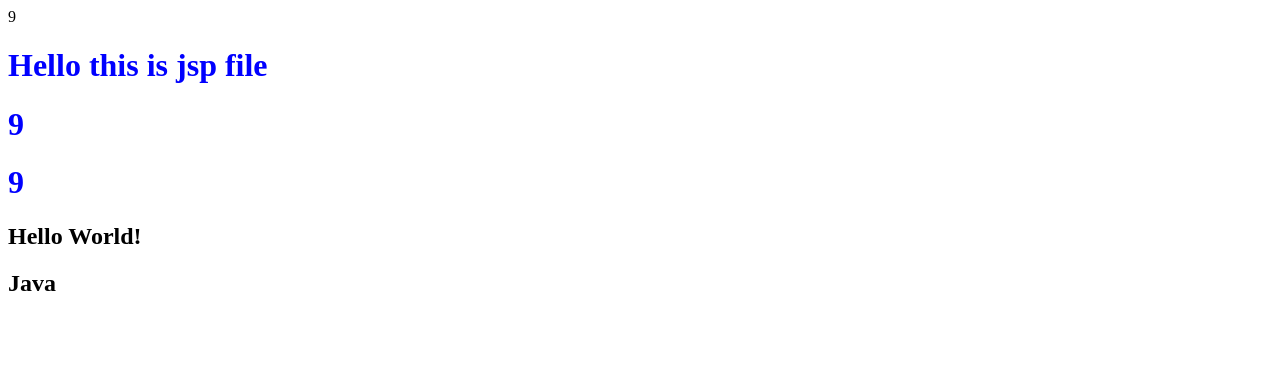
Repository: Suknaina/Repo
Page: http://localhost/jsp_demo/Sample.jsp
These files come from the project's save history. The page is drawn as it stood at one moment and after the next save; the edit follows.
The browser window is 1280 px wide. The pictures show the whole page.
The page is served by Tomcat 9.

Above is the page before, as saved 2023-05-20 04:48:04.

### jsp_demo/src/main/webapp/Sample.jsp
<%@page import="java.util.Arrays" %>
<%@page import="java.util.Collection" %>
<%@page import="java.util.ArrayList" %>
<%@page import="java.util.List" %>
<%@ page language="java" contentType="text/html; charset=ISO-8859-1"
    pageEncoding="ISO-8859-1"%>
<!DOCTYPE html PUBLIC "-//W3C//DTD HTML 4.01 Transitional//EN" "http://www.w3.org/TR/html4/loose.dtd">
<html>
<head>
<meta http-equiv="Content-Type" content="text/html; charset=ISO-8859-1">
<title>Insert title here</title>
<style type="text/css">
h1{
color: blue;
}
</style>
</head>
<body>
<h1>Hello this is jsp file</h1>

<%-- This is java code --%>

<% System.out.println("Hello this is java code"); %>

<%!int a=5; %><%--Global variable --%>

<% int a=9; %><%--Local variable --%>

<% System.out.println(a); %>
<%!
void add()
{
	System.out.println(this.a);
}
%>
<% response.getWriter().print(a); %>
<h1><%out.print(a); %></h1>
<h1><%=a %></h1>
<%@include file="index.jsp" %>
<%String q="Java"; %>
<h2><%=q %></h2>
<%
List l=Arrays.asList(1,2,1,2);
System.out.println(l);
%>



</body>
</html>

Loaded but not shown: jsp_demo/src/main/webapp/index.jsp (common file)

After the next save:
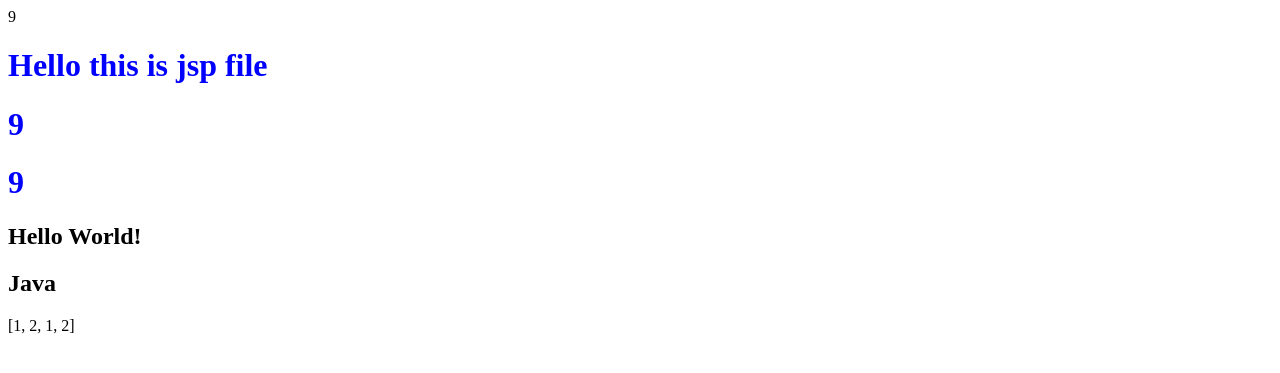
Saved 12 s later.
--- a/jsp_demo/src/main/webapp/Sample.jsp
+++ b/jsp_demo/src/main/webapp/Sample.jsp
@@ -44,6 +44,8 @@ List l=Arrays.asList(1,2,1,2);
 System.out.println(l);
 %>
 
+<%= l %>
+
 
 
 </body>
